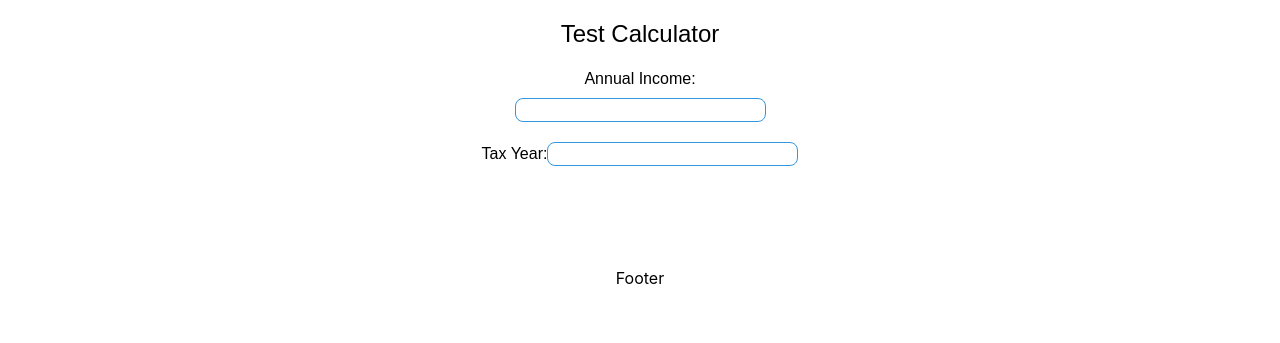
Repository: jbpadilha/taxcalculator
Page: /
These files come from the project's save history. The page is drawn as it stood at one moment and after the next save; the edit follows.
The browser window is 1280 px wide. The pictures show the whole page.
The project was rebuilt for these pictures with package versions that can differ from the ones it lists, and the page was loaded fresh each time.

Above is the page before, as saved 2023-06-16 21:10:00.

After the next save:
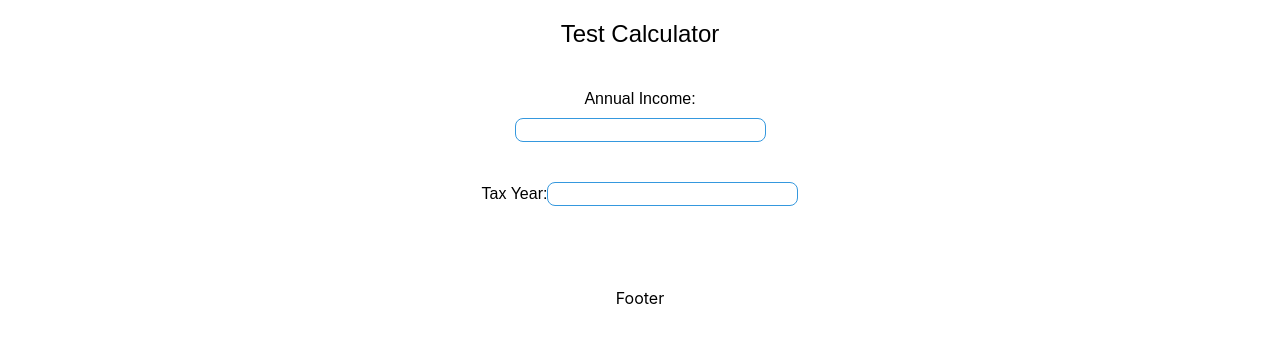
Saved 10 s later.
--- a/src/components/Main.tsx
+++ b/src/components/Main.tsx
@@ -16,7 +16,7 @@ const styles = {
         textDecoration: 'none solid rgb(0, 0, 0)',
     },
     contentInput: {
-        marginTop: 20,
+        marginTop: 40,
     },
     marginInput: {
         marginTop: 10,
